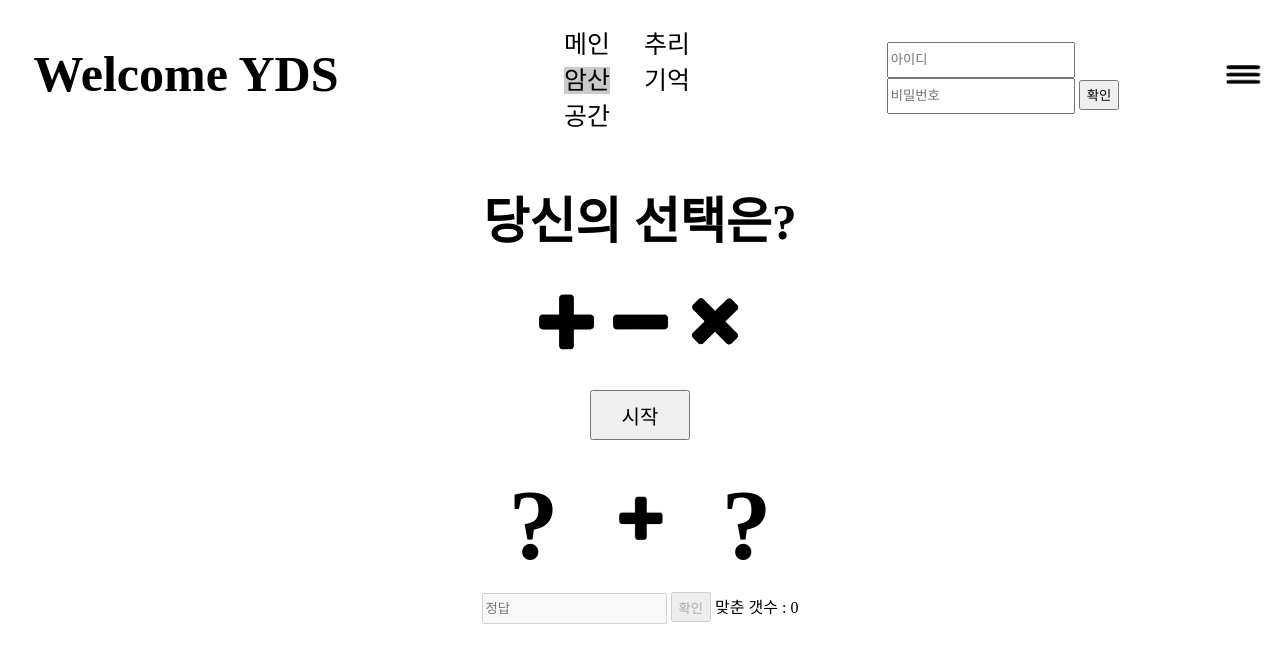
Repository: ejrtn/springbootMaven
Page: deoksu/src/main/resources/static/math.html
An editor plug-in stored every save of this project. The page is shown before and after the next save, followed by the edit.
The browser window is 1280 px wide. The pictures show the whole page.

Above is the page before, as saved 2021-04-10 16:29:11.

### deoksu/src/main/resources/static/math.html
<!DOCTYPE html>
<html>
<head>
<meta charset="UTF-8">
<title>Insert title here</title>
<style type="text/css">
	.Arithmetic {width: 55px; height: 55px; margin:50px 50px 13px 50px;}
	.number {font-size: 100px;}
	.Arithmetic_button {width: 70px; height: 70px; cursor: pointer;}
	.timer {width: 100px; height: 50px; margin-top: 30px; font-size: 20px;}
	.result_text {height: 25px; margin-top: 10px; margin-bottom: 10px;}
	.result_button {height: 30px; margin-top: 10px; margin-bottom: 10px;}
</style>
<script  src="http://code.jquery.com/jquery-latest.min.js"></script>
<script type="text/javascript">
	var Arithmetic_type ='plus'
	var ok_cnt=0;
	var cnt=1
	var sec=10
	function number_in() {
		$.ajax({
			url: "number",
			type: 'POST',
			data : {'cnt':cnt},
			success: function(data){
				number = data.split(",")
				$("#number1").text(number[0])
				$("#number2").text(number[1])
			},
			error: function(error){

			}
		});
	}
	function Arithmetic(x) {
		Arithmetic_type=x
		if(x=='plus'){
			$("#Arithmetic").attr("src","images/"+x+".png")
		}else if(x=='minus'){
			$("#Arithmetic").attr("src","images/"+x+".png")
		}else{
			$("#Arithmetic").attr("src","images/"+x+".png")
		}
	}
	function result() {
		num1=Number($("#number1").text())
		num2=Number($("#number2").text())
		var result=0
		if(Arithmetic_type=='plus'){
			result=num1+num2
		}else if(Arithmetic_type=='minus'){
			result=num1-num2
		}else{
			result=num1*num2
		}
		if(result==$("#result").val()){
			$("#all_cnt").text(""+(Number($("#all_cnt").text())+1))
			sec=10;
			ok_cnt++;
			if(ok_cnt==9){
				cnt++;
				ok_cnt=0
			}
			number_in();
		}
		$("#result").val("")
	}
	function timer() {
		number_in();
		$("#time").css("color","red")
		$("#time").val(sec+"초")
		$("#result_btn").removeAttr("disabled")
		$("#result").removeAttr("disabled")
		var x = setInterval(function() {
			sec--;
			$("#time").val(sec+"초")
			if(sec<0){
				clearInterval(x)
				$("#time").css("color","black")
				$("#time").val("종료")
				$("#result_btn").attr("disabled","disabled")
				$("#result").attr("disabled","disabled")
				var zz=5
				var xx = setInterval(function() {
					zz--;
					if(zz<0){
						clearInterval(xx)
						sec=10;
						$("#time").val("시작")
					}
				},1000);
			}
		},1000);

	}
	function enterkey() {
        if (window.event.keyCode == 13) {
        	result();
        }
	}
</script>
</head>
<body>
	<div align="center">
		<table>
			<tr>
				<td style="width: 350px;">
					<h1 align="center" style="font-size: 50px; width: 350px; height:66px; cursor: pointer;" onclick="location.href='/'">Welcome YDS</h1>
				</td>
				<td style="padding-left: 200px; padding-right: 100px;">
					<label style="font-size: 25px; cursor: pointer; margin-right: 30px;" onclick="location.href='/'">메인</label>
					<label style="font-size: 25px; cursor: pointer; margin-right: 30px;" onclick="location.href='sudoku'">추리</label>
					<label style="font-size: 25px; cursor: pointer; margin-right: 30px; background-color: #9e9e9e8c;" onclick="location.href='math'">암산</label>
					<label style="font-size: 25px; cursor: pointer; margin-right: 30px;" onclick="location.href='memorization'">기억</label>
					<label style="font-size: 25px; cursor: pointer; margin-right: 30px;" onclick="location.href='space'">공간</label>
				</td>
				<td style="padding-left: 50px;">
					<input type="text" placeholder="아이디" style="height: 30px; width: 180px;">
					<input type="password" placeholder="비밀번호" style="height: 30px; width: 180px;">
					<input type="button" value="확인" style="height: 30px;">
				</td>
				<td style="padding-left: 50px;">
					<img src="images/main_img/menu.png" style="width: 50px; height: 50px; margin-left: 10px;">
				</td>
			</tr>
		</table>
	</div>
	<div align="center" style="margin-top: 20px;">
		<h1 align="center"  style="font-size: 50px; width: 400px; margin-left: 200px; margin-right: 200px;">당신의 선택은?</h1>
		<div align="center">
			<img class="Arithmetic_button" src="images/main_img/plus.png" onclick="Arithmetic('plus')" alt="">
			<img class="Arithmetic_button" src="images/main_img/minus.png" onclick="Arithmetic('minus')">
			<img class="Arithmetic_button" src="images/main_img/multiplication.png" onclick="Arithmetic('multiplication')">
		</div>
		<div align="center" >
			<input type="button" class="timer" value="시작" id="time" onclick="timer()">
		</div>
		<div align="center">
			<b class="number" id='number1'>?</b>
			<img src="images/plus.png" class="Arithmetic" id="Arithmetic">
			<b class="number" id='number2'>?</b>
		</div>
		<div align="center">
			<input type='text' class='result_text' placeholder="정답" id='result' disabled="disabled" onkeyup="enterkey()">
			<input type="button" value='확인' onclick='result()'  class='result_button' disabled="disabled" id="result_btn">
			<label>맞춘 갯수 : </label><label id='all_cnt'>0</label>
		</div>
	</div>

</body>
</html>

After the next save:
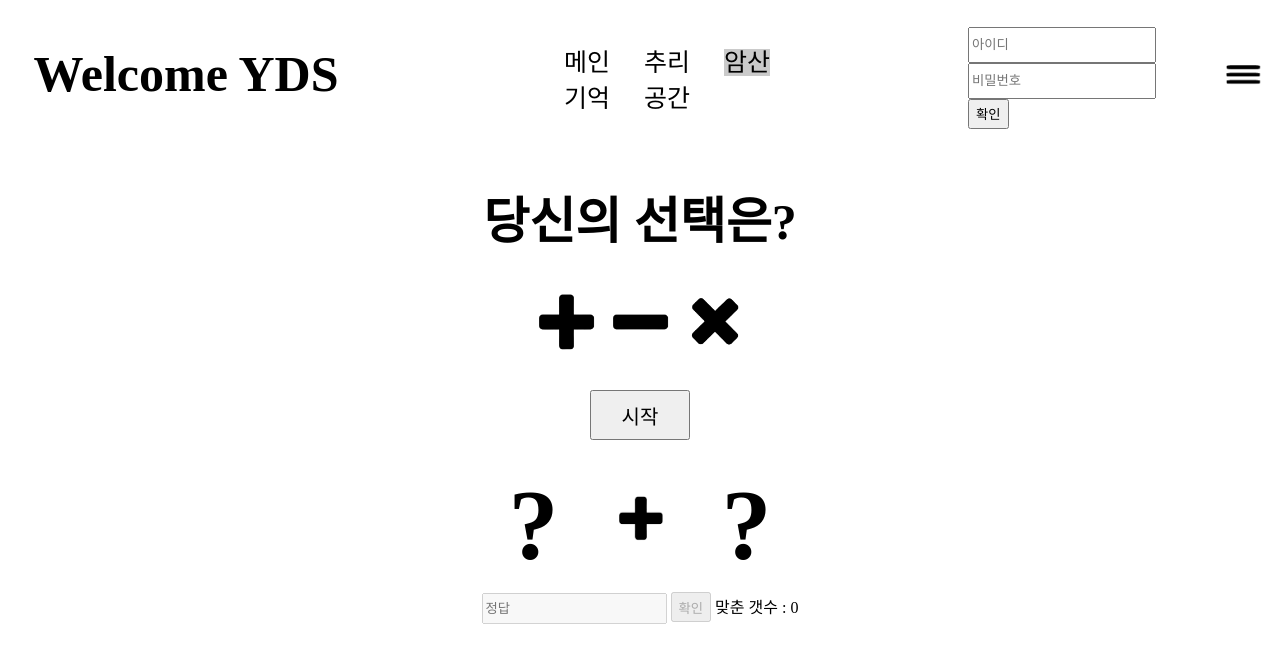
Saved 16 s later.
--- a/deoksu/src/main/resources/static/math.html
+++ b/deoksu/src/main/resources/static/math.html
@@ -107,7 +107,7 @@
 				<td style="width: 350px;">
 					<h1 align="center" style="font-size: 50px; width: 350px; height:66px; cursor: pointer;" onclick="location.href='/'">Welcome YDS</h1>
 				</td>
-				<td style="padding-left: 200px; padding-right: 100px;">
+				<td style="padding-left: 200px; padding-right: 100px; width: 350px;">
 					<label style="font-size: 25px; cursor: pointer; margin-right: 30px;" onclick="location.href='/'">메인</label>
 					<label style="font-size: 25px; cursor: pointer; margin-right: 30px;" onclick="location.href='sudoku'">추리</label>
 					<label style="font-size: 25px; cursor: pointer; margin-right: 30px; background-color: #9e9e9e8c;" onclick="location.href='math'">암산</label>
